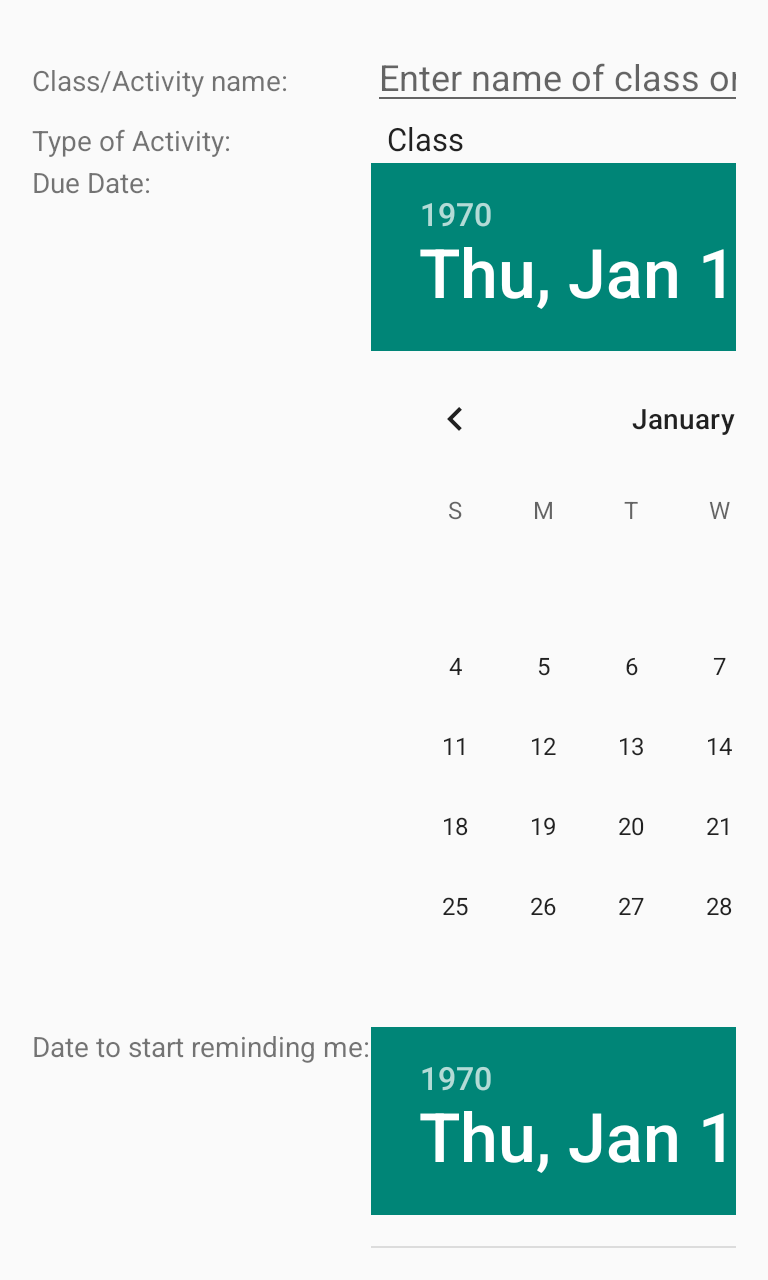
Repository: recursor94/hackathonspring2014
Layout: StudentPlanner/res/layout/fragment_new_endeavor.xml
These files come from the project's save history. The layout is drawn as it stood at one moment and after the next save; the edit follows.
It is drawn on a 768 x 1280 px phone screen (xhdpi) without system bars, with theme AppTheme; the app's code is not run.

Above is the layout before, as saved 2014-04-05 19:23:58.

After the next save:
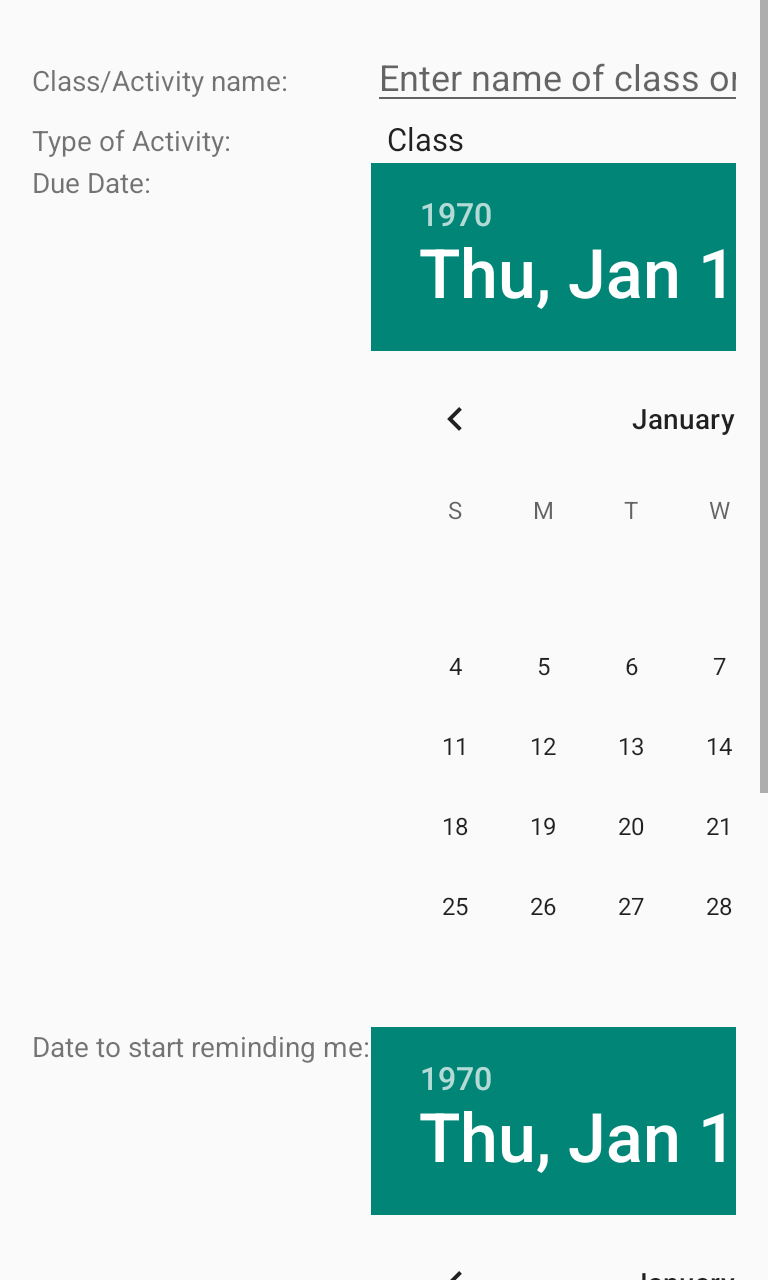
Saved 84 s later.
--- a/StudentPlanner/res/layout/fragment_new_endeavor.xml
+++ b/StudentPlanner/res/layout/fragment_new_endeavor.xml
@@ -1,3 +1,5 @@
+<ScrollView>
+
 <TableLayout xmlns:android="http://schemas.android.com/apk/res/android"
     xmlns:tools="http://schemas.android.com/tools"
     android:layout_width="match_parent"
